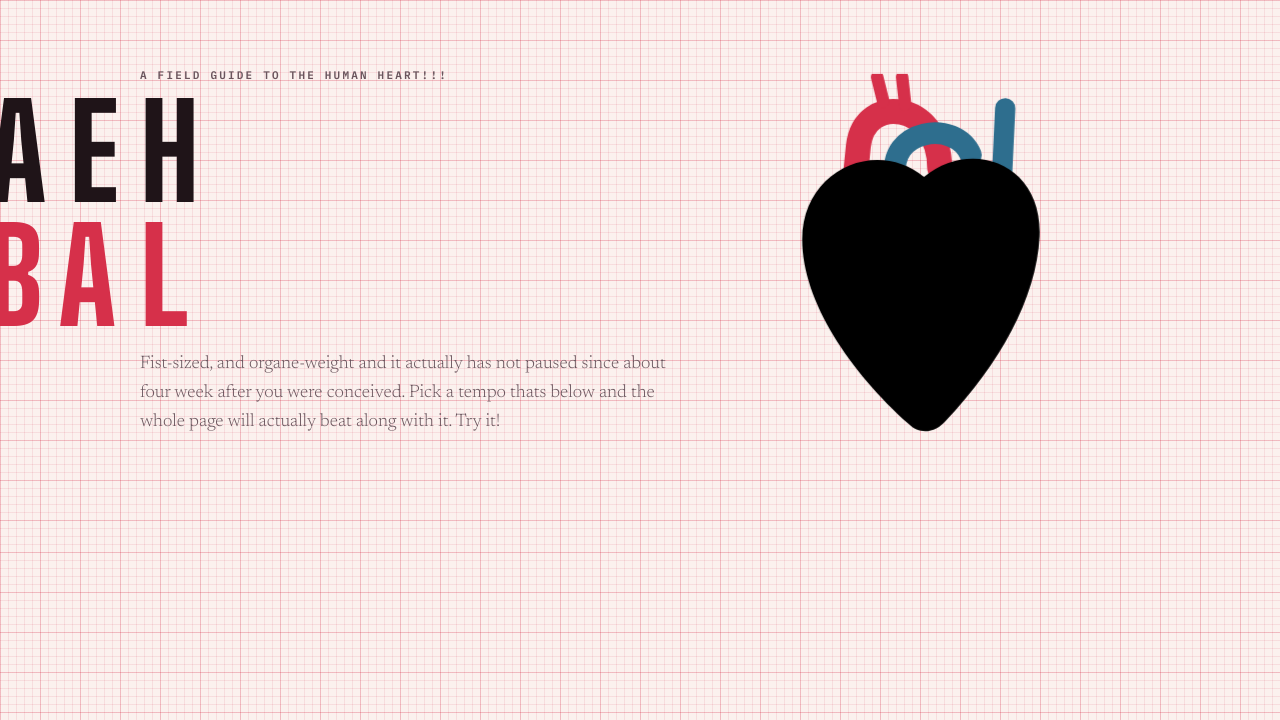
Repository: manayparikh1/PulseBeat
Page: index.html
The author's editor kept a copy of each file at every save. The page is drawn from the files as they stood at one save, then again after the next save.
The browser window is 1280 px wide. The pictures show the whole page.

Above is the page before, as saved 2026-09-01 18:56:35.

After the next save:
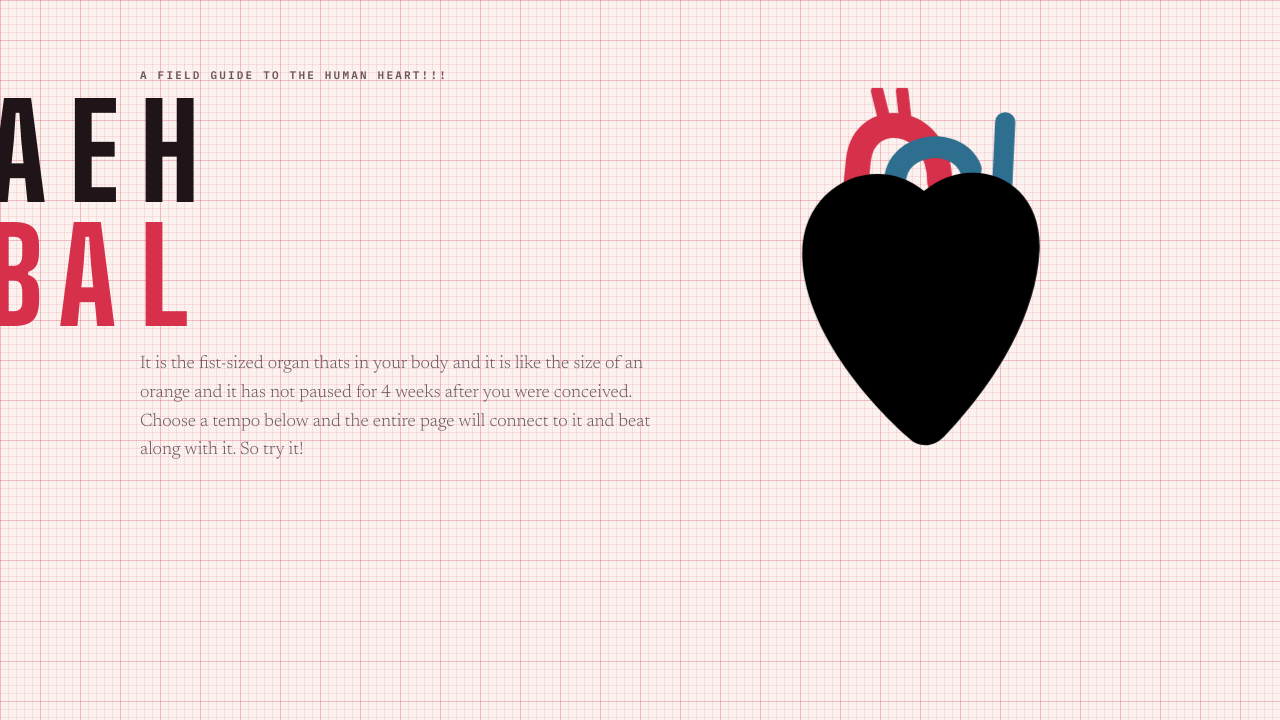
Saved 3 min 24 s later.
--- a/index.html
+++ b/index.html
@@ -524,9 +524,9 @@
             <div>
                 <p class="eyebrow">A field guide to the HUMAN HEART!!!</p>
                 <h1>Heart<span>Lab</span></h1>
-                <p class="lede">Fist-sized, and organe-weight and it actually has not paused since about four week after
-                    you were conceived. Pick a tempo thats below and the whole page will actually beat along with it.
-                    Try it!</p>
+                <p class="lede">It is the fist-sized organ thats in your body and it is like the size of an orange and
+                    it has not paused for 4 weeks after you were conceived. Choose a tempo below and the entire page
+                    will connect to it and beat along with it. So try it!</p>
             </div>
             <svg class="heart" viewBox="0 0 200 230" role="img" aria-label="A beating heart">
                 <g fill="none" stroke-linecap="round">
